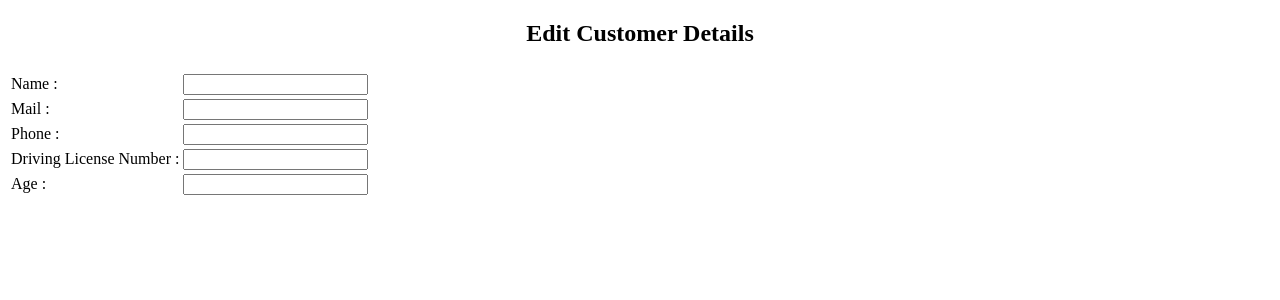
Repository: Nuthan12/Bike-Rental-System
Page: http://localhost/Bike_Rental_System/WEB-INF/jsp/customerEditForm.jsp
The author's editor kept a copy of each file at every save. The page is drawn from the files as they stood at one save, then again after the next save.
The browser window is 1280 px wide. The pictures show the whole page.
The page is served by Tomcat 9. Nobody is signed in. Other server files are loaded and not shown. The template is opened directly, without the code that normally fills it, so the values that code supplies are empty.

Above is the page before, as saved 2023-05-05 11:34:16.

### Bike_Rental_System/src/main/webapp/WEB-INF/jsp/customerEditForm.jsp
<%@ page language="java" contentType="text/html; charset=ISO-8859-1"
	pageEncoding="ISO-8859-1"%>
<%@ taglib uri="http://www.springframework.org/tags/form" prefix="form"%>
<%@ taglib uri="http://java.sun.com/jsp/jstl/core" prefix="c"%>
<!DOCTYPE html>
<html>
<head>
<meta charset="ISO-8859-1">
<title>Edit Customer Details</title>
</head>
<body>
	<h2 align="center">Edit Customer Details</h2>
	<form:form method="POST" action="Bike_Rental_System/editsave">
		<table>
			<tr>
				<td></td>
				<td><form:hidden path="cust_Id" /></td>
			</tr>
			<tr>
				<td>Name :</td>
				<td><form:input path="cust_Name" /></td>
			</tr>
			<tr>
				<td>Mail :</td>
				<td><form:input path="cust_Mail" /></td>
			</tr>
			<tr>
				<td>Phone :</td>
				<td><form:input path="cust_Phone" /></td>
			</tr>
			<tr>
				<td>Driving License Number :</td>
				<td><form:input path="dl_Number" /></td>
			</tr>
			<tr>
				<td>Age :</td>
				<td><form:input path="age" /></td>
			</tr>
		</table>
	</form:form>
</body>
</html>

After the next save:
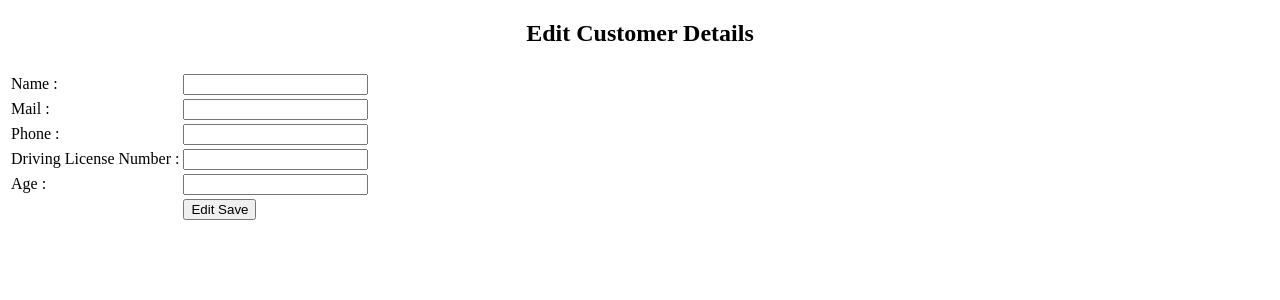
Saved 69 s later.
--- a/Bike_Rental_System/src/main/webapp/WEB-INF/jsp/customerEditForm.jsp
+++ b/Bike_Rental_System/src/main/webapp/WEB-INF/jsp/customerEditForm.jsp
@@ -36,6 +36,11 @@
 				<td>Age :</td>
 				<td><form:input path="age" /></td>
 			</tr>
+
+			<tr>
+				<td></td>
+				<td><input type="submit" value="Edit Save" /></td>
+			</tr>
 		</table>
 	</form:form>
 </body>
